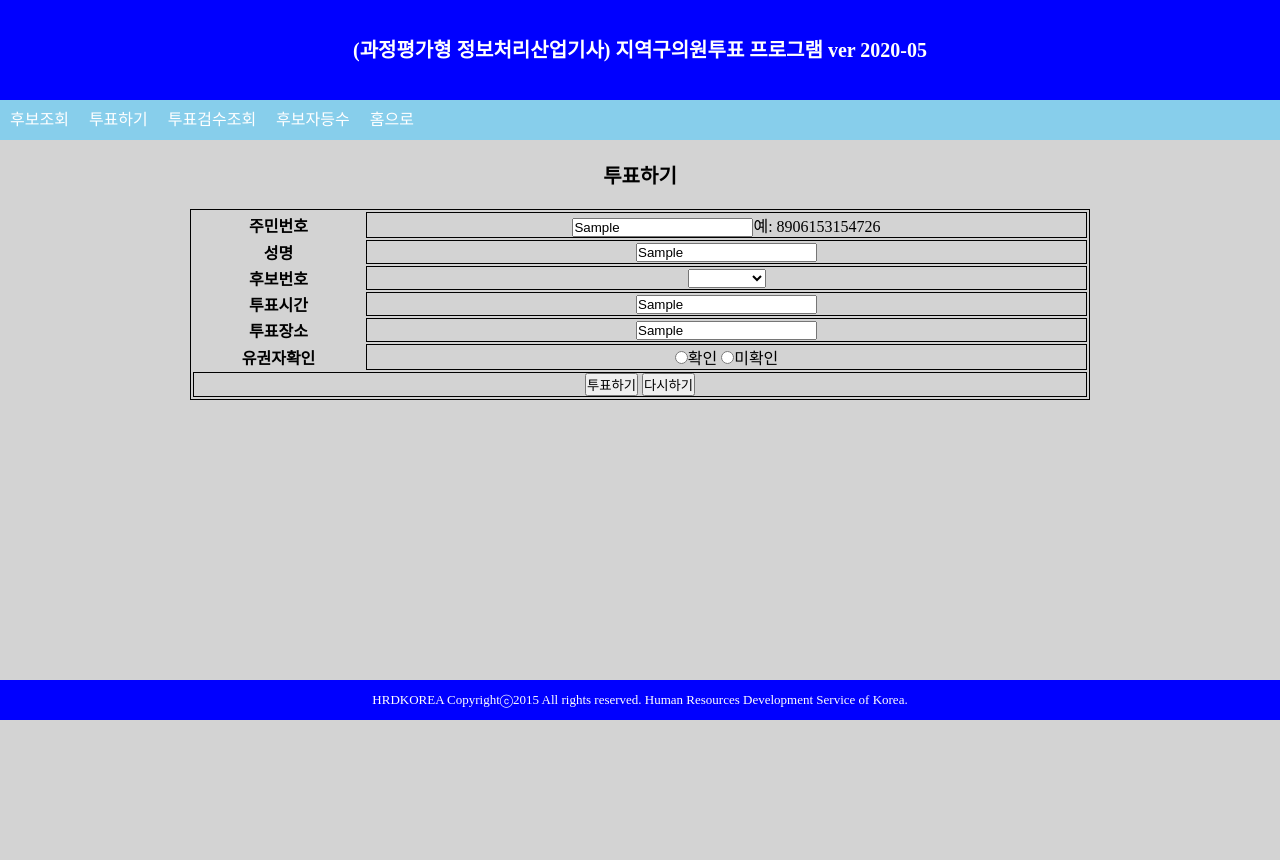
Repository: kayeunae/mvc-pattern
Page: http://localhost/VOTE_1234/doVote
These files come from the project's save history. The page is drawn as it stood at one moment and after the next save; the edit follows.
The browser window is 1280 px wide. The pictures show the whole page.
Empty fields were first filled with sample values (such as "Sample", 5 or name@example.com).
After loading, the first visible `button[onclick="fn_reset(); return false;"]` was clicked once.
The page is served by Tomcat 9. Other server files are loaded and not shown.

Above is the page before, as saved 2022-12-22 07:47:45.

### VOTE_1234/src/main/webapp/doVote.jsp
<%@ page language="java" contentType="text/html; charset=UTF-8"
	pageEncoding="UTF-8"%>
<!DOCTYPE html>
<html>
<head>
<meta charset="UTF-8">
<title>Insert title here</title>
<script type="text/javascript" src="script.js"></script>
<link rel="stylesheet" href="style.css">
</head>
<body>
	<%@ include file="topmenu.jsp"%>
	<section>
		<div class="title">투표하기</div>
		<form name="frm" action="voting">
			<div class="wrapper">
				<table>
					<tr>
						<th>주민번호</th>
						<td><input type="text" name="v_jumin" id="rs">예: 8906153154726</td>
					</tr>
					<tr>
						<th>성명</th>
						<td><input type="text" name="v_name" id="rs"></td>
					</tr>
					<tr>
						<th>후보번호</th>
						<td><select name="m_no">
						<option selected></option>
						<option value="1">[1] 김후보</option>
						<option value="2">[2] 이후보</option>
						<option value="3">[3] 박후보</option>
						<option value="4">[4] 조후보</option>
						<option value="5">[5] 최후보</option>
						</select></td>
					</tr>
					<tr>
						<th>투표시간</th>
						<td><input type="text" name="v_time" id="rs"></td>
					</tr>
					<tr>
						<th>투표장소</th>
						<td><input type="text" name="v_area" id="rs"></td>
					</tr>
					<tr>
						<th>유권자확인</th>
						<td>
						<input type="radio" name="v_confirm" id="yes" value="Y">확인
						<input type="radio" name="v_confirm" id="no" value="N">미확인
						</td>
					</tr>

					<tr>
						<td colspan="2">
						<button class="btn" type="submit" onclick="fn_submit(); return false;">투표하기</button>
						<button class="btn" type="reset" onclick="fn_reset(); return false;">다시하기</button>
						</td>
					</tr>
				</table>
			</div>
		</form>
	</section>
	<%@ include file="footer.jsp"%>
</body>
</html>

### VOTE_1234/src/main/webapp/topmenu.jsp
<%@ page language="java" contentType="text/html; charset=UTF-8"
    pageEncoding="UTF-8"%>
<!DOCTYPE html>
<html>
<head>
<meta charset="UTF-8">
<title>Insert title here</title>
</head>
<body>
	<header>(과정평가형 정보처리산업기사) 지역구의원투표 프로그램 ver 2020-05</header>
	<nav>
		<ul>
			<li><a href="member">후보조회</a></li>
			<li><a href="doVote">투표하기</a></li>
			<li><a href="view">투표검수조회</a></li>
			<li><a href="result">후보자등수</a></li>
			<li><a href="home">홈으로</a></li>
		</ul>
	</nav>
</body>
</html>

### VOTE_1234/src/main/webapp/footer.jsp
<%@ page language="java" contentType="text/html; charset=UTF-8"
    pageEncoding="UTF-8"%>
<!DOCTYPE html>
<html>
<head>
<meta charset="UTF-8">
<title>Insert title here</title>
</head>
<body>
	<footer>
	HRDKOREA Copyrightⓒ2015 All rights reserved. Human Resources Development Service of Korea.
	</footer>

</body>
</html>

### VOTE_1234/src/main/java/contoller/VoteController.java
package contoller;

import java.io.IOException;
import java.io.PrintWriter;

import javax.servlet.ServletException;
import javax.servlet.annotation.WebServlet;
import javax.servlet.http.HttpServlet;
import javax.servlet.http.HttpServletRequest;
import javax.servlet.http.HttpServletResponse;

import DAO.VoteDAO;

@WebServlet("/")
public class VoteController extends HttpServlet {
	private static final long serialVersionUID = 1L;

    public VoteController() {
        super();
    }

	protected void doGet(HttpServletRequest request, HttpServletResponse response) throws ServletException, IOException {
		request.setCharacterEncoding("UTF-8");
		doPro(request, response);
	}

	protected void doPost(HttpServletRequest request, HttpServletResponse response) throws ServletException, IOException {
		request.setCharacterEncoding("UTF-8");
		doPro(request, response);
	}

	protected void doPro(HttpServletRequest request, HttpServletResponse response) throws ServletException, IOException {
		//dao에서 쿼리문 작성해서 데이터 끌어오는 것


		String context = request.getContextPath();	//VOTE_1234
		String command = request.getServletPath();	//url 마지막 경로
		String site = null;

		System.out.println(context + " " +command );

		VoteDAO vote = new VoteDAO();

		//경로나누기
		switch (command) {
		case "/home" :
			site = "";
			break;
		case "/member" :
			site = vote.selectMember(request, response);
			break;
		case "/doVote" :
			site = "doVote.jsp";
			break;
		case "/voting" :
			int result = vote.voting(request, response);
			response.setContentType("text/html; charset=UTF-8");
			PrintWriter out = response.getWriter();
			System.out.println("controller" + result);
			if(result == 1) {
				out.println("<script>");
				out.println("alert('투표하기 정보가 정상적으로 등록 되었습니다!'); location.href='"+context+"';");
				out.println("</script>");
				out.flush();
			} else {
				out.println("<script>");
				out.println("alert('투표 실패!'); location.href='"+context+"';");
				out.println("</script>");
				out.flush();
			}
			break;
		case "/view": site = ""; break;
		}


		getServletContext().getRequestDispatcher("/" + site).forward(request, response);
	}

}

### VOTE_1234/src/main/java/DAO/VoteDAO.java
package DAO;

import java.sql.Connection;
import java.sql.DriverManager;
import java.sql.PreparedStatement;
import java.sql.ResultSet;
import java.util.ArrayList;

import javax.servlet.http.HttpServletRequest;
import javax.servlet.http.HttpServletResponse;

import DTO.MemParty;
import DTO.Member;
import DTO.Party;

public class VoteDAO {
	Connection conn = null;
	PreparedStatement ps = null; //명령어 정의(타입에 ? 사용)하고 인수를 전달 받아 명령어를 실행. executeQuery() 메소드에 의해 실행
	ResultSet rs = null; //sql문이 실행되어 결과로 반환한 데이터 관리(select한 결과값을 가지고 있음). get~함수를 이용해 레코드 내의 필드를 데이터 타입에 맞게 읽어올 수 있음.
						 //레코드를 이동하는 메소드를 가지고 있음. ex) next() 메소드 이용하여 다음 레코드로 이동. 다음 레코드가 없으면 false 반환.
						 //executeQuery() : select문처럼 실행 후 화면에 표시할 결과가 있을 때 사용. 리턴 타입: ResultSet형
						 //executeUpdate() : insert, update, delete처럼 출력 결과 없을 때

	//시험지에 있는 것 그대로. DB 연결
	public static Connection getConnection() throws Exception {
		Class.forName("oracle.jdbc.OracleDriver");
		//Connection 변수명 = DriverManager.getConnection("url", "id", "pw");
		Connection con = DriverManager.getConnection
				("jdbc:oracle:thin:@//localhost:1521/xe", "system", "sys1234");
		//con: 연결된 DB 정보를 담은 객체
		return con;
	}

	public String selectMember(HttpServletRequest request, HttpServletResponse response) {
		//컨트롤러에 보내기 위해 Member.java (엔티티 클래스)를 arraylist에 담는다.
		ArrayList<MemParty> list = new ArrayList<MemParty>();

		try {
			conn = getConnection();	//DB 연결

			//쿼리문 작성
			String sql = "select t1.m_no , t1.m_name, t2.p_name, decode(t1.p_school, '1', '고졸', '2', '학사', '3', '석사') p_school, substr(t1.m_jumin,1,6)||'-'||substr(t1.m_jumin,7)m_jumin, t1.m_city, t2.p_tel1||'-'||t2.p_tel2||'-'||(substr(t2.p_tel3,4)||substr(t2.p_tel3,4)||substr(t2.p_tel3,4)||substr(t2.p_tel3,4)) as p_tel1 from tbl_member_202005 t1 join tbl_party_202005 t2 on t1.p_code = t2.p_code";
			ps = conn.prepareStatement(sql);
			rs = ps.executeQuery();

			while(rs.next()) {
				MemParty mp = new MemParty();

				mp.setM_no(rs.getString(1));
				mp.setM_name(rs.getString(2));
				mp.setP_name(rs.getString(3));
				mp.setP_school(rs.getString(4));
				mp.setM_jumin(rs.getString(5));
				mp.setM_city(rs.getString(6));
				mp.setP_tel1(rs.getString(7));

				list.add(mp);
			}
			System.out.println(list);
			request.setAttribute("list", list);

			conn.close();
			ps.close();
			rs.close();

		} catch (Exception e) {
			e.printStackTrace();
		}
		return "member.jsp";
	}

	public int voting(HttpServletRequest request, HttpServletResponse response) {
		String v_jumin = request.getParameter("v_jumin");
		String v_name = request.getParameter("v_name");
		String m_no = request.getParameter("m_no");
		String v_time = request.getParameter("v_time");
		String v_area = request.getParameter("v_area");
		String v_confirm = request.getParameter("v_confirm");

		int result = 0;

		try {
			conn = getConnection();
			String sql = "insert into tbl_vote_202005 values(?, ?, ?, ?, ?, ?)";

			ps = conn.prepareStatement(sql);
			ps.setString(1, v_jumin);
			ps.setString(2, v_name);
			ps.setString(3, m_no);
			ps.setString(4, v_time);
			ps.setString(5, v_area);
			ps.setString(6, v_confirm);

//			System.out.println(v_jumin  + ":" +v_name + ":" +m_no + ":" +v_time + ":" +v_area + ":" +v_confirm);
			result = ps.executeUpdate();

			System.out.println("DAO" + result);

			ps.close();
			conn.close();

		} catch (Exception e) {
			e.printStackTrace();
		}
		return result;
	}

}

### VOTE_1234/src/main/webapp/script.js

function fn_submit() {
var fn = document.frm;

	if (fn.v_jumin.value == "") {
		alert('주민번호가 입력되지 않았습니다!');
		fn.v_jumin.focus();
		return false;
	}
	if (fn.v_name.value == "") {
		alert('성명이 입력되지 않았습니다!');
		fn.v_name.focus();
		return false;
	}
	if (fn.m_no.value == "") {
		alert('후보번호가 선택되지 않았습니다!');
		fn.m_no.focus();
		return false;
	}
	if (fn.v_time.value == "") {
		alert('투표시간이 입력되지 않았습니다!');
		fn.v_time.focus();
		return false;
	}
	if (fn.v_area.value == "") {
		alert('투표장소가 입력되지 않았습니다!');
		fn.v_area.focus();
		return false;
	}
	if (fn.v_confirm.value == "") {
		alert('유권자확인이 선택되지 않았습니다!');
		/* fn.v_confirm[1].focus(); */
		return false;
	}
	fn.submit();
}

function fn_reset() {
	alert('정보를 지우고 처음부터 다시 입력합니다!');
	/*fn.getElementById("rs").value = '';*/
}

### VOTE_1234/src/main/webapp/style.css
@charset "UTF-8";

/*초기화 코드*/
* {
margin: 0;
padding: 0;
}

/*topmenu.jsp*/
header {
	top: 0;
	height: 100px;
	line-height: 100px;
	width: 100%;
	background: blue;
	text-align: center;
	font-size: 20px;
	font-weight: 900;
	color: white;
}

nav ul {
	height: 40px;
	line-height: 40px;
	width: 100%;
	background: skyblue;
	overflow: hidden;
}

nav ul li {
	list-style: none;
	float: left;
	padding: 0 10px;
}

a {
	text-decoration: none;
	color: white;
}

section {
	position: absolute;
	overflow: auto;
	width: 100%;
	height:100%;
	background: lightgrey;
}

/* index.jsp */
p {
	padding: 20px;
	text-align: center;
	font-size: 24px;
}

span {
	left: 13px;
}

section ul li {
	padding: 13px;
}

/* member.jsp */
.title {
	padding: 20px;
	text-align: center;
	font-size: 20px;
	font-weight: 900;
}

.wrapper {
	display: flex;
	justify-content: center;
	align-items: center;
	text-align: center;
}

table {
	width: 900px;
}

table, tr, tr, td {
	border: 1px solid black;
}

/* footer.jsp */
footer {
	position: fixed;
	bottom: 0;
	width: 100%;
	height: 40px;
	line-height: 40px;
	background: blue;
	text-align: center;
	color: white;
	font-size: 13px;
}

After the next save:
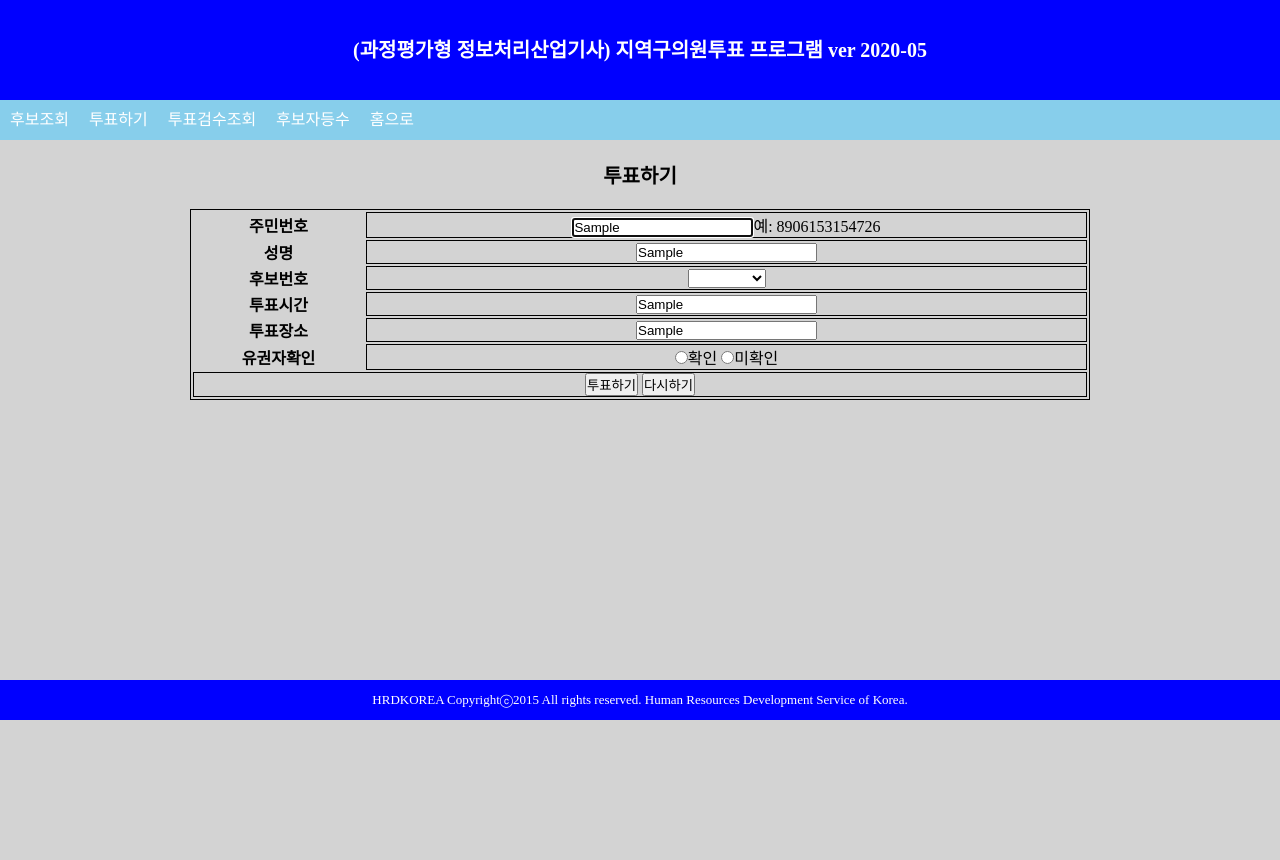
Saved 72 s later.
--- a/VOTE_1234/src/main/webapp/script.js
+++ b/VOTE_1234/src/main/webapp/script.js
@@ -36,6 +36,8 @@ var fn = document.frm;
 }
 
 function fn_reset() {
+	fn = document.frm;
 	alert('정보를 지우고 처음부터 다시 입력합니다!');
+	fn.v_jumin.focus();
 	/*fn.getElementById("rs").value = '';*/
 }
